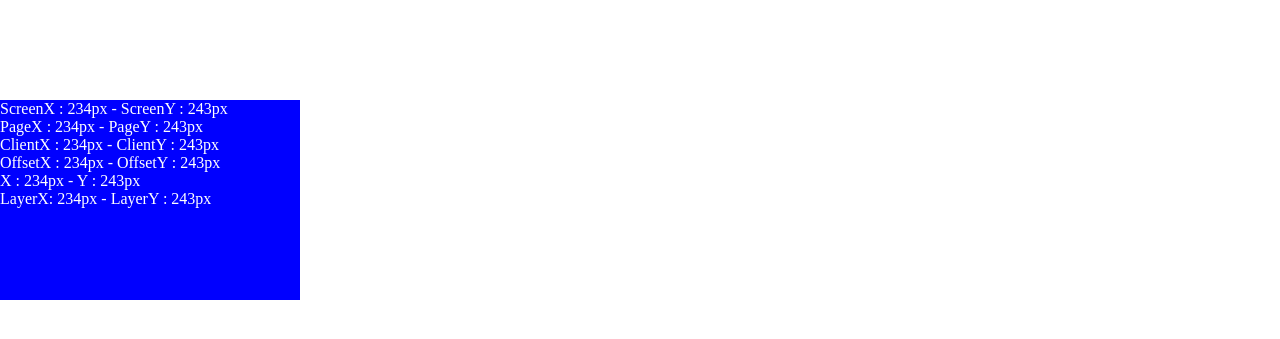
Repository: khanhbinh87/learnJs
Page: customSelect/Mouse/index.html
These files come from the project's save history. The page is drawn as it stood at one moment and after a run of saves; the edit follows.
The browser window is 1280 px wide. The pictures show the whole page.

Above is the page before, as saved 2021-06-18 09:27:33.

### customSelect/Mouse/index.html
<!DOCTYPE html>
<html lang="en">
<head>
    <meta charset="UTF-8">
    <meta name="viewport" content="width=device-width, initial-scale=1.0">
    <title>Document</title>
    <style>
        *{margin:0;padding: 0;}
        .container{
            width: 1170px;
            /* margin: 0 auto; */
            padding: 100px 0;
        }
        .box{
            width: 300px;
            height: 200px;
            color: #fff;
            background-color: blue;
            /* margin: 0 auto; */
        }
    </style>
</head>
<body>
    <div class="container">
        <div class="box">
            <div id="screen"> ScreenX : 234px - ScreenY : 243px</div>
            <div id="page"> PageX : 234px - PageY : 243px</div>
            <div id="client"> ClientX : 234px - ClientY : 243px</div>
            <div id="offset"> OffsetX : 234px - OffsetY : 243px</div>
            <div id="xy"> X : 234px - Y : 243px</div>
            <div id="layout"> LayerX: 234px - LayerY : 243px</div>


        </div>
    </div>
</body>
<script src="main.js"></script>
</html>

### customSelect/Mouse/main.js
var boxEl = document.querySelector('.box')

boxEl.addEventListener('mouseover',function(e){
    // console.log('mouseover',e);

})
boxEl.addEventListener('mousemove',function(e){


    boxEl.querySelector('#screen').innerHTML = `ScreenX : ${e.screenX} - ScreenY : ${e.screenY}`;
    boxEl.querySelector('#page').innerHTML = `PageX : ${e.pageX} - PageY : ${e.pageY}`;
    boxEl.querySelector('#client').innerHTML = `ClientX : ${e.clientX} - ClientY : ${e.clientY}`;
    boxEl.querySelector('#offset').innerHTML = `OffsetX : ${e.offsetX} - OffsetY : ${e.offsetY}`;
    boxEl.querySelector('#xy').innerHTML = `X : ${e.x} - Y : ${e.y}`;
    boxEl.querySelector('#layout').innerHTML = `LayerX : ${e.layerX} - LayerY : ${e.layerY}`;


})
boxEl.addEventListener('mouseleave',function(e){
    // console.log('mouseleave',e);

})
boxEl.addEventListener('mouseout',function(e){
    // console.log('mouseout',e);

})
/*
    OFFsetX -> la k/c tu mouse den vien ben trai cua chinh no
    offsetY -> la k/c tu mouse den vien ben tren cua chinh no
 */

After the next 2 saves:
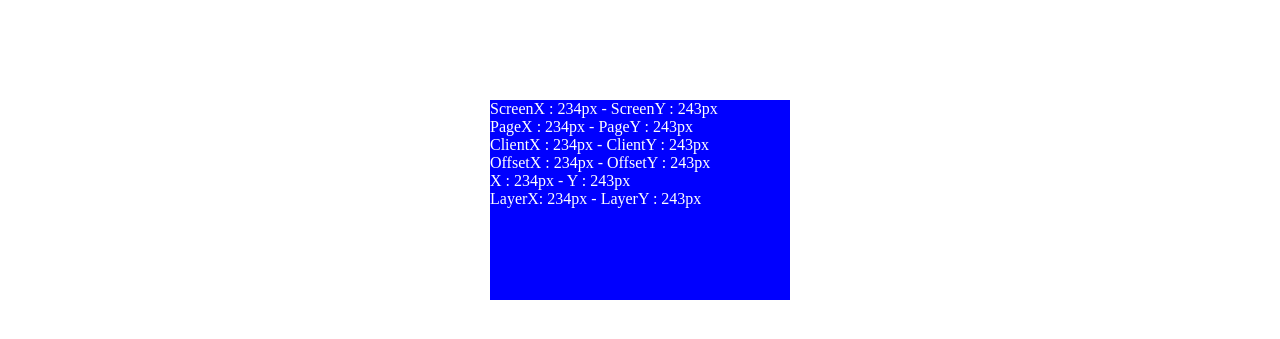
The 2 saves are shown as one change because they came seconds apart.
The last was saved 41 s later.
--- a/customSelect/Mouse/index.html
+++ b/customSelect/Mouse/index.html
@@ -8,7 +8,7 @@
         *{margin:0;padding: 0;}
         .container{
             width: 1170px;
-            /* margin: 0 auto; */
+            margin: 0 auto;
             padding: 100px 0;
         }
         .box{
@@ -16,7 +16,7 @@
             height: 200px;
             color: #fff;
             background-color: blue;
-            /* margin: 0 auto; */
+            margin: 0 auto;
         }
     </style>
 </head>
